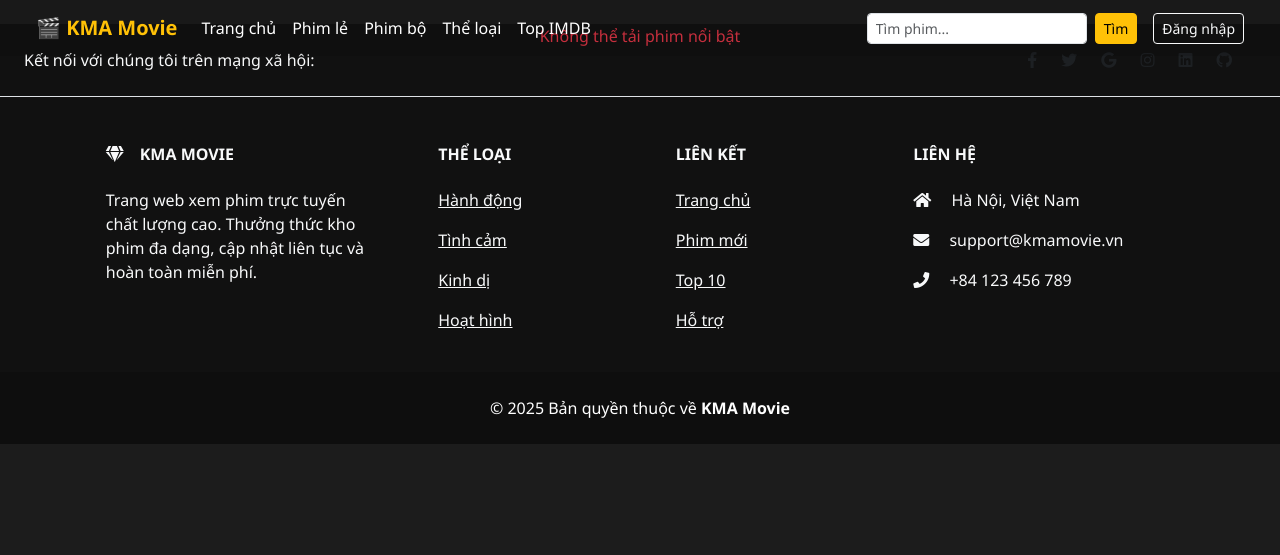
Repository: takagi2004/KMA_Nhom27_TTCS_WebXemFilm_FonEnd
Page: /
These files come from the project's save history. The page is drawn as it stood at one moment and after the next save; the edit follows.
The browser window is 1280 px wide. The pictures show the whole page.
The page's requests for data from a server got no answer. The project was rebuilt for these pictures with package versions that can differ from the ones it lists, and the page was loaded fresh each time. No one was signed in, and anything a server would have sent is missing. Also part of the build but not shown: src/layout/danhsachphim/Props/PhimCard.tsx.

Above is the page before, as saved 2025-08-07 00:29:38.

### public/index.html
<!DOCTYPE html>
<html lang="en">
  <head>
    <meta charset="utf-8" />
    <link rel="icon" href="%PUBLIC_URL%/favicon.ico" />
    <meta name="viewport" content="width=device-width, initial-scale=1" />
    <meta name="theme-color" content="#000000" />
    <meta
      name="description"
      content="Web site created using create-react-app"
    />
    <link rel="apple-touch-icon" href="%PUBLIC_URL%/logo192.png" />
    <!--
      manifest.json provides metadata used when your web app is installed on a
      user's mobile device or desktop. See https://developers.google.com/web/fundamentals/web-app-manifest/
    -->
    <link rel="manifest" href="%PUBLIC_URL%/manifest.json" />
    <!--
      Notice the use of %PUBLIC_URL% in the tags above.
      It will be replaced with the URL of the `public` folder during the build.
      Only files inside the `public` folder can be referenced from the HTML.

      Unlike "/favicon.ico" or "favicon.ico", "%PUBLIC_URL%/favicon.ico" will
      work correctly both with client-side routing and a non-root public URL.
      Learn how to configure a non-root public URL by running `npm run build`.
    -->
    <link href="https://cdn.jsdelivr.net/npm/bootstrap@5.3.7/dist/css/bootstrap.min.css" rel="stylesheet" integrity="sha384-LN+7fdVzj6u52u30Kp6M/trliBMCMKTyK833zpbD+pXdCLuTusPj697FH4R/5mcr" crossorigin="anonymous">
    <link rel="stylesheet" href="https://cdnjs.cloudflare.com/ajax/libs/font-awesome/5.15.3/css/all.min.css">
    <title>Xem Phim Hay,Mới Nhất Tại Phimmoi.com</title>
  </head>
  <body>
    <noscript>You need to enable JavaScript to run this app.</noscript>
    <div id="root"></div>
    <!--
      This HTML file is a template.
      If you open it directly in the browser, you will see an empty page.

      You can add webfonts, meta tags, or analytics to this file.
      The build step will place the bundled scripts into the <body> tag.

      To begin the development, run `npm start` or `yarn start`.
      To create a production bundle, use `npm run build` or `yarn build`.
    -->
    <script src="https://cdn.jsdelivr.net/npm/bootstrap@5.3.7/dist/js/bootstrap.bundle.min.js" integrity="sha384-ndDqU0Gzau9qJ1lfW4pNLlhNTkCfHzAVBReH9diLvGRem5+R9g2FzA8ZGN954O5Q" crossorigin="anonymous"></script>
  </body>
</html>

### src/App.tsx
import React from 'react';
import './App.css';
import Hompage from './layout/Hompage';

function App() {
  return (
    <div className="App">
       <Hompage />
    </div>
  );
}

export default App;

### src/App.css
/* ==================== GLOBAL ==================== */
body, html {
  margin: 0;
  padding: 0;
  background-color: #1c1c1c;
  font-family: 'Segoe UI', Tahoma, Geneva, Verdana, sans-serif;
}

.App {
  text-align: center;
  color: white;
}

/* ==================== NAVBAR ==================== */
.navbar.bg-transparent {
  background-color: rgba(0, 0, 0, 0.1) !important;
  transition: background-color 0.3s ease;
}
.navbar.bg-dark {
  background-color: rgba(0, 0, 0, 0.9) !important;
  transition: background-color 0.3s ease;
}
.navbar .nav-link {
  color: #fff !important;
  transition: color 0.2s;
}
.navbar .nav-link:hover {
  color: #ffc107 !important;
}

/* ==================== CAROUSEL ==================== */
.carousel-container {
  position: relative;
}
.carousel-item {
  position: relative;
}
.carousel-img {
  width: 100%;
  height: 80vh;
  object-fit: cover;
  position: relative;
  z-index: 0;
}

/* Overlay desktop */
.carousel-overlay-bottom-left {
  position: absolute;
  bottom: 160px;
  left: 60px;
  z-index: 2;
  max-width: 700px;
  color: white;
  text-shadow: 0 4px 12px rgba(0, 0, 0, 0.9);
  background: radial-gradient(
    circle at left bottom,
    rgba(0,0,0,0.7) 0%,
    rgba(0,0,0,0.3) 40%,
    rgba(0,0,0,0) 80%
  );
  padding: 40px 60px 40px 0;
}

.carousel-overlay-bottom-left h2 {
  font-size: 3rem;
  font-weight: 900;
}
.carousel-overlay-bottom-left p {
  font-size: 1.1rem;
  margin-bottom: 0.5rem;
}

/* Gradient mờ desktop */
.carousel-item::after {
  content: "";
  position: absolute;
  bottom: 0;
  left: 0;
  width: 100%;
  height: 35%;
  background: linear-gradient(to top, rgba(0,0,0,0.85), transparent);
  z-index: 1;
  pointer-events: none;
}

/* ==================== DANH SÁCH PHIM ==================== */
.danh-sach-phim-wrapper {
  margin-top: -120px;  /* PC trồi nhiều */
  position: relative;
  z-index: 2;
}

.danh-sach-phim-container {
  background: transparent !important;
  padding-top: 2rem;
  padding-bottom: 2rem;
}

.danh-sach-phim-container h3 {
  color: #fff;
  font-weight: bold;
}

/* ==================== PHIM CARD ==================== */
.phim-card {
  position: relative;
  width: 100%;
  color: white;
  text-align: left;
  transition: transform 0.3s ease, box-shadow 0.3s ease;
  background: transparent;
  min-height: 250px; /* Đảm bảo không bị cắt phần mô tả */
}

.phim-card-img-wrapper {
  width: 100%;
  aspect-ratio: 2 / 3.3;
  overflow: hidden;
  border-radius: 8px;
  position: relative;
}

.phim-card-img-wrapper img {
  width: 100%;
  height: 100%;
  object-fit: cover;
  display: block;
  transition: transform 0.3s ease;
}

.phim-card:hover .phim-card-img-wrapper img {
  transform: scale(1.05);
}

/* Badge số tập */
.phim-card-episode-badge {
  position: absolute;
  bottom: 10px;
  left: 10px;
  background: linear-gradient(to right, #ff8c00, #ffcc00);
  color: #fff;
  font-size: 0.8rem;
  font-weight: 700;
  padding: 4px 8px;
  border-radius: 4px;
  box-shadow: 0 2px 6px rgba(0,0,0,0.4);
}

.phim-card-info {
  margin-top: 8px;
  min-height: 70px; /* Đảm bảo luôn có chỗ cho tên + mô tả */
}

.phim-card-info h6 {
  font-size: 1rem;
  font-weight: 700;
  margin-bottom: 3px;
  white-space: normal;
  overflow: hidden;
  display: -webkit-box;
  -webkit-line-clamp: 2;
  -webkit-box-orient: vertical;
  line-height: 1.2;
}

.phim-card-info p {
  font-size: 0.75rem;
  margin: 0;
  color: #aaa;
  white-space: normal;
  overflow: hidden;
  display: -webkit-box;
  -webkit-line-clamp: 3;
  -webkit-box-orient: vertical;
  line-height: 1.2;
}

/* Hover */
.phim-card:hover {
  transform: scale(1.07);
  z-index: 10;
  box-shadow: 0 4px 12px rgba(0,0,0,0.6);
}

/* ==================== RESPONSIVE ==================== */

/* Tablet */
@media (max-width: 992px) {
  .carousel-img {
    height: 60vh;
  }
  .carousel-overlay-bottom-left {
    bottom: 80px;
    left: 30px;
    max-width: 500px;
    padding: 20px 30px 20px 0;
  }
  .carousel-overlay-bottom-left h2 {
    font-size: 2rem;
  }
  .danh-sach-phim-wrapper {
    margin-top: -40px; /* Tablet trồi ít hơn */
  }
}

/* Mobile */
@media (max-width: 576px) {
  .carousel-img {
    height: 40vh;
  }

  /* Ẩn overlay desktop */
  .carousel-overlay-bottom-left {
    display: none;
  }

  /* Ẩn gradient */
  .carousel-item::after {
    display: none;
  }

  /* Card phim nhỏ hơn */
  .phim-card-img-wrapper {
    aspect-ratio: 2 / 3;
  }
  .phim-card-info h6 {
    font-size: 0.8rem;
  }
  .phim-card-info p {
    font-size: 0.65rem;
  }

  /* Mobile: không trồi lên để tránh che chữ */
  .danh-sach-phim-wrapper {
    margin-top: 0;
  }
}

### src/layout/Hompage.tsx
import DanhSachPhim from "./danhsachphim/DanhSachPhim";
import Footer from "./header/foode-narbar-carosel/Footer";
import Header from "./header/Header";
import React from "react";
function Hompage() {
  return (
    <div className="App">
       <Header />
       <Footer />
    </div>
  );
}

export default Hompage;

### src/layout/header/foode-narbar-carosel/Footer.tsx
import React from "react";

/**
 * Footer cho trang web xem phim
 * - Responsive đầy đủ (mobile, tablet, desktop)
 * - Có phần mạng xã hội + liên hệ + link nhanh
 * - Thiết kế nền tối phù hợp trang xem phim
 */
const Footer: React.FC = () => {
  return (
    <footer className="text-center text-lg-start text-muted" style={{ backgroundColor: "#111" }}>
      {/* ====================== MẠNG XÃ HỘI ====================== */}
      <section className="d-flex justify-content-center justify-content-lg-between p-4 border-bottom">
        {/* Bên trái - chỉ hiện trên màn hình lớn */}
        <div className="me-5 d-none d-lg-block text-light">
          <span>Kết nối với chúng tôi trên mạng xã hội:</span>
        </div>

        {/* Bên phải - icon mạng xã hội */}
        <div>
          <a href="#" className="me-4 text-reset text-light"><i className="fab fa-facebook-f"></i></a>
          <a href="#" className="me-4 text-reset text-light"><i className="fab fa-twitter"></i></a>
          <a href="#" className="me-4 text-reset text-light"><i className="fab fa-google"></i></a>
          <a href="#" className="me-4 text-reset text-light"><i className="fab fa-instagram"></i></a>
          <a href="#" className="me-4 text-reset text-light"><i className="fab fa-linkedin"></i></a>
          <a href="#" className="me-4 text-reset text-light"><i className="fab fa-github"></i></a>
        </div>
      </section>

      {/* ====================== LIÊN KẾT NHANH ====================== */}
      <section>
        <div className="container text-center text-md-start mt-5 text-light">
          <div className="row mt-3">
            {/* Cột 1 - Giới thiệu */}
            <div className="col-md-3 col-lg-4 col-xl-3 mx-auto mb-4">
              <h6 className="text-uppercase fw-bold mb-4">
                <i className="fas fa-gem me-3"></i>KMA Movie
              </h6>
              <p>
                Trang web xem phim trực tuyến chất lượng cao.
                Thưởng thức kho phim đa dạng, cập nhật liên tục và hoàn toàn miễn phí.
              </p>
            </div>

            {/* Cột 2 - Thể loại */}
            <div className="col-md-2 col-lg-2 col-xl-2 mx-auto mb-4">
              <h6 className="text-uppercase fw-bold mb-4">Thể loại</h6>
              <p><a href="#" className="text-reset">Hành động</a></p>
              <p><a href="#" className="text-reset">Tình cảm</a></p>
              <p><a href="#" className="text-reset">Kinh dị</a></p>
              <p><a href="#" className="text-reset">Hoạt hình</a></p>
            </div>

            {/* Cột 3 - Liên kết hữu ích */}
            <div className="col-md-3 col-lg-2 col-xl-2 mx-auto mb-4">
              <h6 className="text-uppercase fw-bold mb-4">Liên kết</h6>
              <p><a href="#" className="text-reset">Trang chủ</a></p>
              <p><a href="#" className="text-reset">Phim mới</a></p>
              <p><a href="#" className="text-reset">Top 10</a></p>
              <p><a href="#" className="text-reset">Hỗ trợ</a></p>
            </div>

            {/* Cột 4 - Liên hệ */}
            <div className="col-md-4 col-lg-3 col-xl-3 mx-auto mb-md-0 mb-4">
              <h6 className="text-uppercase fw-bold mb-4">Liên hệ</h6>
              <p><i className="fas fa-home me-3"></i> Hà Nội, Việt Nam</p>
              <p><i className="fas fa-envelope me-3"></i> support@kmamovie.vn</p>
              <p><i className="fas fa-phone me-3"></i> +84 123 456 789</p>
            </div>
          </div>
        </div>
      </section>

      {/* ====================== COPYRIGHT ====================== */}
      <div
        className="text-center p-4"
        style={{ backgroundColor: "rgba(0, 0, 0, 0.2)", color: "#fff" }}
      >
        © 2025 Bản quyền thuộc về <strong>KMA Movie</strong>
      </div>
    </footer>
  );
};

export default Footer;

### src/layout/header/Header.tsx
import React from "react";
import Navbar from "./foode-narbar-carosel/Narbar";
import Carousel from "./foode-narbar-carosel/Carousel";
import DanhSachPhim from "../danhsachphim/DanhSachPhim";
import { PhimAPI } from "../../api/PhimAPI";

const Header: React.FC = () => {
  return (
    <header>
      <Navbar />
      <Carousel />

      {/* Danh sách phim trồi lên nhẹ */}
      <div className="danh-sach-phim-wrapper">
        <DanhSachPhim
          title="Phim Nổi Bật"
          fetchApi={() => PhimAPI.getPhimNoiBat(30)}
        />
      </div>

    </header>
  );
};

export default Header;

### src/layout/header/foode-narbar-carosel/Narbar.tsx
import React, { useEffect, useState } from "react";
import "./../../../App.css";

const Navbar: React.FC = () => {
  const [scrolled, setScrolled] = useState(false);

  // Theo dõi sự kiện scroll để đổi trạng thái navbar
  useEffect(() => {
    const handleScroll = () => {
      if (window.scrollY > 50) {
        setScrolled(true);
      } else {
        setScrolled(false);
      }
    };

    window.addEventListener("scroll", handleScroll);
    return () => {
      window.removeEventListener("scroll", handleScroll);
    };
  }, []);

  return (
    <nav
      className={`navbar navbar-expand-lg fixed-top px-4 ${
        scrolled ? "navbar-dark bg-dark shadow" : "navbar-dark bg-transparent"
      }`}
    >
      <div className="container-fluid">
        {/* Logo */}
        <a className="navbar-brand fw-bold text-warning" href="/">
          🎬 KMA Movie
        </a>

        {/* Menu icon mobile */}
        <button
          className="navbar-toggler"
          type="button"
          data-bs-toggle="collapse"
          data-bs-target="#navbarMovie"
          aria-controls="navbarMovie"
          aria-expanded="false"
          aria-label="Toggle navigation"
        >
          <span className="navbar-toggler-icon"></span>
        </button>

        {/* Menu */}
        <div className="collapse navbar-collapse" id="navbarMovie">
          <ul className="navbar-nav me-auto mb-2 mb-lg-0">
            <li className="nav-item"><a className="nav-link active" href="/">Trang chủ</a></li>
            <li className="nav-item"><a className="nav-link" href="/phim-le">Phim lẻ</a></li>
            <li className="nav-item"><a className="nav-link" href="/phim-bo">Phim bộ</a></li>
            <li className="nav-item"><a className="nav-link" href="/the-loai">Thể loại</a></li>
            <li className="nav-item"><a className="nav-link" href="/top-imdb">Top IMDB</a></li>
          </ul>

          {/* Search */}
          <form className="d-flex me-3">
            <input
              className="form-control form-control-sm me-2"
              type="search"
              placeholder="Tìm phim..."
            />
            <button className="btn btn-sm btn-warning" type="submit">
              Tìm
            </button>
          </form>

          {/* Icon user */}
          <a className="btn btn-outline-light btn-sm">Đăng nhập</a>
        </div>
      </div>
    </nav>
  );
};

export default Navbar;

### src/layout/header/foode-narbar-carosel/Carousel.tsx
import React, { useEffect, useState } from "react";
import "../../../App.css";
import { PhimAPI } from "../../../api/PhimAPI";
import PhimModel from "../../../model/PhimModel";

const Carousel: React.FC = () => {
  const [phimNoiBat, setPhimNoiBat] = useState<PhimModel[]>([]);
  const [loading, setLoading] = useState(true);
  const [error, setError] = useState<string | null>(null);

  useEffect(() => {
    PhimAPI.getPhimNoiBat(5)
      .then((data) => {
        setPhimNoiBat(data);
        setLoading(false);
      })
      .catch((err) => {
        setError("Không thể tải phim nổi bật");
        console.error(err);
        setLoading(false);
      });
  }, []);

  if (loading) return <div className="text-light p-4">Đang tải phim nổi bật...</div>;
  if (error) return <div className="text-danger p-4">{error}</div>;

  return (
    <div id="movieCarousel" className="carousel slide carousel-fade carousel-container" data-bs-ride="carousel">
      <div className="carousel-inner">
        {phimNoiBat.map((phim, index) => {
          const thoiLuong = phim.tapPhim?.length
            ? `${phim.tapPhim[0].thoiLuong} phút`
            : "Chưa có";

          return (
            <div key={phim.idPhim} className={`carousel-item ${index === 0 ? "active" : ""}`}>
              <img
                src={phim.anhBia || "https://via.placeholder.com/1920x1080?text=No+Image"}
                className="d-block w-100 carousel-img"
                alt={phim.tenPhim}
              />

              {/* Overlay cho desktop */}
              <div className="carousel-overlay-bottom-left d-none d-sm-block">
                <h2 className="fw-bold display-5">{phim.tenPhim}</h2>

                <div className="mb-2">
                  <span className="badge bg-success me-2">Top Thịnh Hành</span>
                  {phim.goiDangKy?.map((goi, i) => (
                    <span key={i} className="badge bg-info me-2">{goi}</span>
                  ))}
                </div>

                <p className="mb-1">
                  <span className="text-warning fw-bold me-2">
                    ★ {phim.diemTrungBinh?.toFixed(1) || 0}
                  </span>
                  {phim.namPhatHanh} | {phim.soLuong || 0} tập | {thoiLuong}
                </p>

                <p className="mb-2 text-light small">
                  {phim.theLoai?.join(" • ")} {phim.quocGia && `• ${phim.quocGia}`}
                </p>

                <p className="text-light" style={{ maxWidth: "600px" }}>
                  {phim.moTa?.length && phim.moTa.length > 200
                    ? phim.moTa.substring(0, 200) + "..."
                    : phim.moTa}
                </p>

                <div className="mt-3">
                  <button className="btn btn-success me-2">▶ Xem ngay</button>
                  <button className="btn btn-outline-light">+ Thêm vào danh sách</button>
                </div>
              </div>

              {/* Info mobile */}
              <div className="carousel-mobile-info d-sm-none">
                <h2>{phim.tenPhim}</h2>
                <span className="badge bg-success">Top Thịnh Hành</span>
                {phim.goiDangKy?.map((goi, i) => (
                  <span key={i} className="badge bg-info">{goi}</span>
                ))}

                <span className="rating">★ {phim.diemTrungBinh?.toFixed(1) || 0}</span>
                <div className="meta">
                  {phim.namPhatHanh} | {phim.soLuong || 0} tập | {thoiLuong}
                </div>

                <div className="mt-2">
                  <button className="btn btn-success me-2">▶ Xem ngay</button>
                  <button className="btn btn-outline-light">+ Thêm vào danh sách</button>
                </div>
              </div>
            </div>
          );
        })}
      </div>

      <button className="carousel-control-prev" type="button" data-bs-target="#movieCarousel" data-bs-slide="prev">
        <span className="carousel-control-prev-icon" aria-hidden="true"></span>
      </button>
      <button className="carousel-control-next" type="button" data-bs-target="#movieCarousel" data-bs-slide="next">
        <span className="carousel-control-next-icon" aria-hidden="true"></span>
      </button>
    </div>
  );
};

export default Carousel;

### src/layout/danhsachphim/DanhSachPhim.tsx
import React, { useEffect, useState } from "react";
import Slider from "react-slick";
import PhimModel from "../../model/PhimModel";
import PhimCard from "./Props/PhimCard";
import "slick-carousel/slick/slick.css";
import "slick-carousel/slick/slick-theme.css";

interface DanhSachPhimProps {
  title: string;
  fetchApi: () => Promise<PhimModel[]>;
  slidesToShow?: number;
}

const DanhSachPhim: React.FC<DanhSachPhimProps> = ({ title, fetchApi, slidesToShow = 8 }) => {
  const [phimList, setPhimList] = useState<PhimModel[]>([]);
  const [loading, setLoading] = useState(true);
  const [error, setError] = useState<string | null>(null);

  useEffect(() => {
    fetchApi()
      .then((data) => {
        setPhimList(data);
        setLoading(false);
      })
      .catch(() => {
        setError(`Không thể tải ${title}`);
        setLoading(false);
      });
  }, [fetchApi, title]);

  if (loading) return <div className="text-light p-4">Đang tải {title}...</div>;
  if (error) return <div className="text-danger p-4">{error}</div>;

  const settings = {
    dots: false,
    infinite: false,
    speed: 500,
    slidesToShow,
    slidesToScroll: slidesToShow,
    arrows: true,
    responsive: [
      {
        breakpoint: 1200,
        settings: { slidesToShow: Math.min(4, slidesToShow), slidesToScroll: 4 },
      },
      {
        breakpoint: 768,
        settings: { slidesToShow: 2, slidesToScroll: 2 },
      },
    ],
  };

  return (
    <div className="danh-sach-phim-wrapper">
      <div className="danh-sach-phim-container">
        <h3 className="mb-4 text-light fw-bold ps-4 text-start">{title}</h3>
        <div className="px-4">
          <Slider {...settings}>
            {phimList.map((phim) => (
              <div key={phim.idPhim} className="px-2">
                <PhimCard phim={phim} />
              </div>
            ))}
          </Slider>
        </div>
      </div>
    </div>
  );
};

export default DanhSachPhim;

### src/api/PhimAPI.ts
import axios from "axios";
import PhimModel from "../model/PhimModel";

const API_BASE_URL = "http://localhost:8080/api/phim";

export const PhimAPI = {
    // 1. Lấy tất cả phim
    getAllPhim: async (): Promise<PhimModel[]> => {
        const response = await axios.get<PhimModel[]>(`${API_BASE_URL}/all`);
        return response.data;
    },

    // 2. Lấy top phim thịnh hành
    getTopThinhHanh: async (limit: number = 10): Promise<PhimModel[]> => {
        const response = await axios.get<PhimModel[]>(`${API_BASE_URL}/top?limit=${limit}`);
        return response.data;
    },

    // 3. Lấy phim nổi bật (cho carousel)
    getPhimNoiBat: async (limit: number = 5): Promise<PhimModel[]> => {
        const response = await axios.get<PhimModel[]>(`${API_BASE_URL}/noi-bat?limit=${limit}`);
        return response.data;
    },

    // 4. Lấy chi tiết 1 phim theo ID
    getPhimById: async (id: number): Promise<PhimModel> => {
        const response = await axios.get<PhimModel>(`${API_BASE_URL}/${id}`);
        return response.data;
    },

    // 5. (Optional) Tìm kiếm phim theo từ khóa
    searchPhim: async (keyword: string): Promise<PhimModel[]> => {
        const response = await axios.get<PhimModel[]>(`${API_BASE_URL}/search?keyword=${encodeURIComponent(keyword)}`);
        return response.data;
    },
    // 6. Lấy phim mới nhất
    getPhimMoiNhat: async (limit: number = 10): Promise<PhimModel[]> => {
        const response = await axios.get<PhimModel[]>(`${API_BASE_URL}/moi-nhat?limit=${limit}`);
        return response.data;
    }
};

Loaded but not shown: src/index.tsx (common file); src/index.css (common file); src/reportWebVitals.ts (common file)

After the next save:
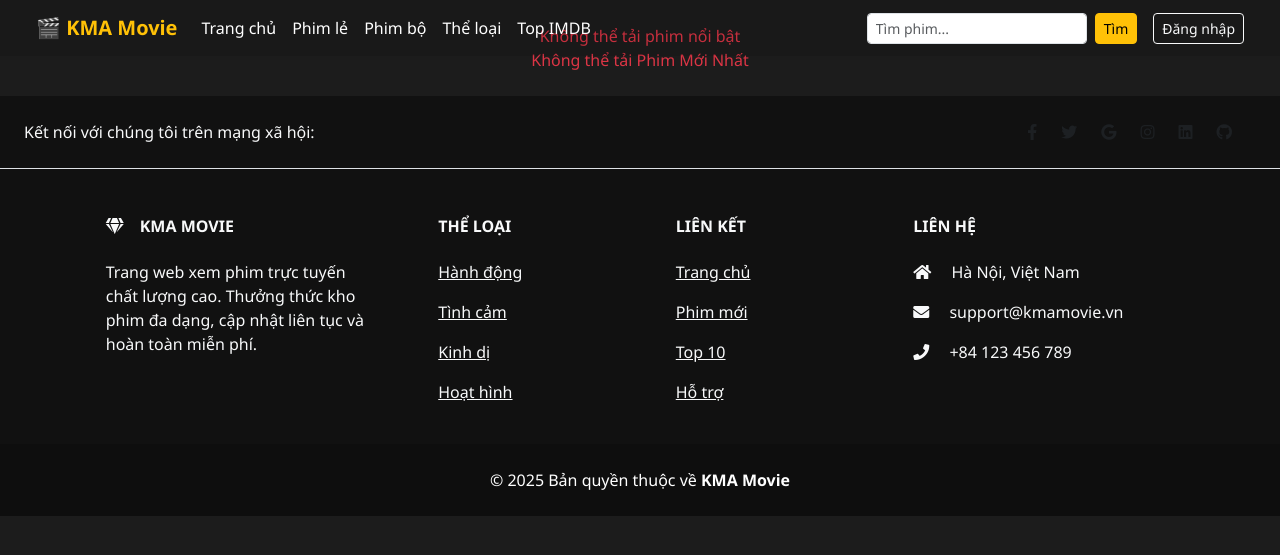
Saved 4 s later.
--- a/src/layout/header/Header.tsx
+++ b/src/layout/header/Header.tsx
@@ -16,8 +16,11 @@
           title="Phim Nổi Bật"
           fetchApi={() => PhimAPI.getPhimNoiBat(30)}
         />
+        <DanhSachPhim
+          title="Phim Mới Nhất"
+          fetchApi={() => PhimAPI.getPhimMoiNhat(20)}
+        />
       </div>
-
     </header>
   );
 };
